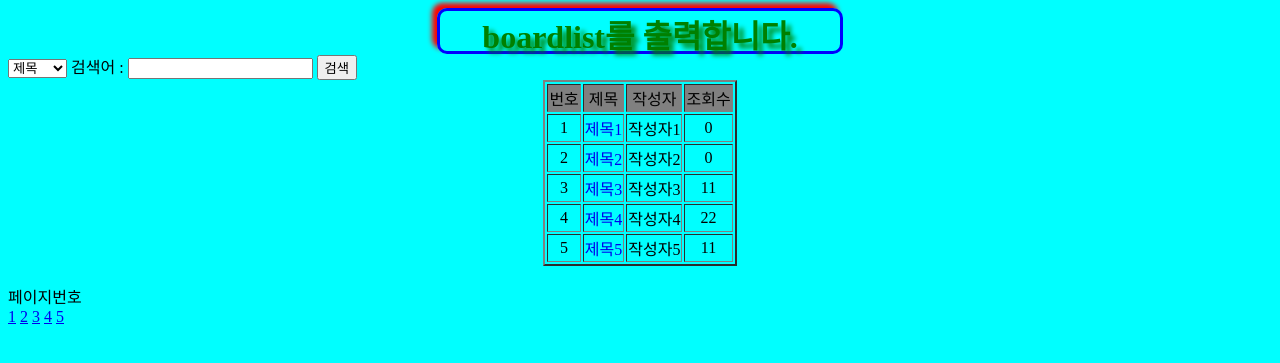
Repository: Pang-Ho/TIL
Page: JavaScript/workspace_web/htmltest/WebContent/boardlist.html
An editor plug-in stored every save of this project. The page is shown before and after the next save, followed by the edit.
The browser window is 1280 px wide. The pictures show the whole page.

Above is the page before, as saved 2021-08-20 08:53:37.

### JavaScript/workspace_web/htmltest/WebContent/boardlist.html
<!DOCTYPE html>
<html>
<head>
<meta charset="UTF-8">
<title>Insert title here</title>
<style type="text/css">
	body{
	background-color: aqua;
	}
	h1{
	color : green;
	width : 400px;
	margin:auto;
	text-align:center;
	text-shadow : 5px 5px 5px green;
	box-shadow : -5px -5px 5px red;
	height : 40px;
	border : solid blue;
	border-radius: 10px 10px 10px 10px;
	}
	table{
	margin:auto;
	text-align: center;
	}
	table tr:first-child{background-color:grey;}
	table a {text-decoration: none;}

	#page {
	margin:auto;
	}
</style>

</head>
<body>
	<h1>boardlist를 출력합니다.</h1>
	<form action="boardsearch.html">
		<select>
			<option>제목</option>
			<option>내용</option>
			<option>작성자</option>
		</select>
		검색어 : <input type="search">
		<input type="submit" value=검색>
	</form>
	<table border=2>
		<tr> <td>번호</td> <td>제목</td> <td>작성자</td> <td>조회수</td> </tr>
		<tr> <td>1</td> <td><a href="boarddetail.html">제목1</a></td> <td>작성자1</td> <td>0</td> </tr>
		<tr> <td>2</td> <td><a href="boarddetail.html">제목2</a></td> <td>작성자2</td> <td>0</td> </tr>
		<tr> <td>3</td> <td><a href="boarddetail.html">제목3</a></td> <td>작성자3</td> <td>11</td> </tr>
		<tr> <td>4</td> <td><a href="boarddetail.html">제목4</a></td> <td>작성자4</td> <td>22</td> </tr>
		<tr> <td>5</td> <td><a href="boarddetail.html">제목5</a></td> <td>작성자5</td> <td>11</td> </tr>
	</table>
	<br>
	<div id="page">
	페이지번호<br>
	<a href="boardlist.html">1</a>
	<a href="boardlist.html">2</a>
	<a href="boardlist.html">3</a>
	<a href="boardlist.html">4</a>
	<a href="boardlist.html">5</a>
	</div>
</body>
</html>

After the next save:
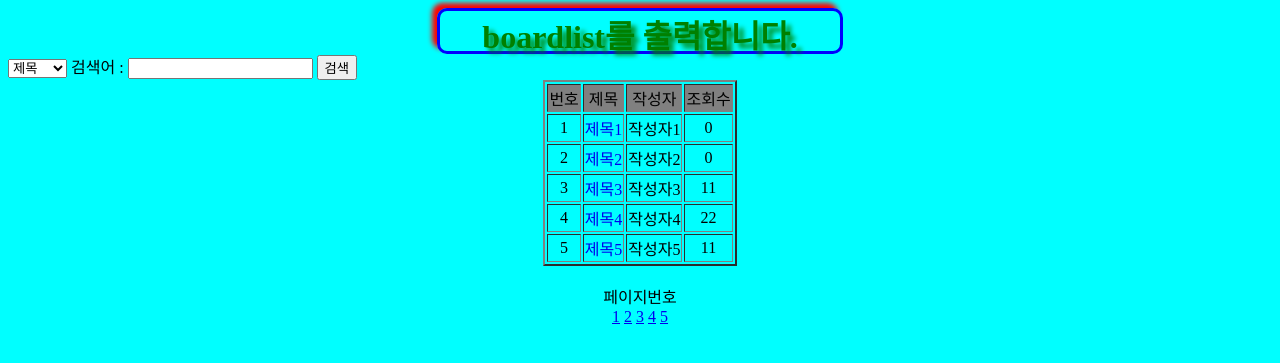
Saved 12 s later.
--- a/JavaScript/workspace_web/htmltest/WebContent/boardlist.html
+++ b/JavaScript/workspace_web/htmltest/WebContent/boardlist.html
@@ -26,7 +26,7 @@
 	table a {text-decoration: none;}
 
 	#page {
-	margin:auto;
+	text-align: center;
 	}
 </style>
 
